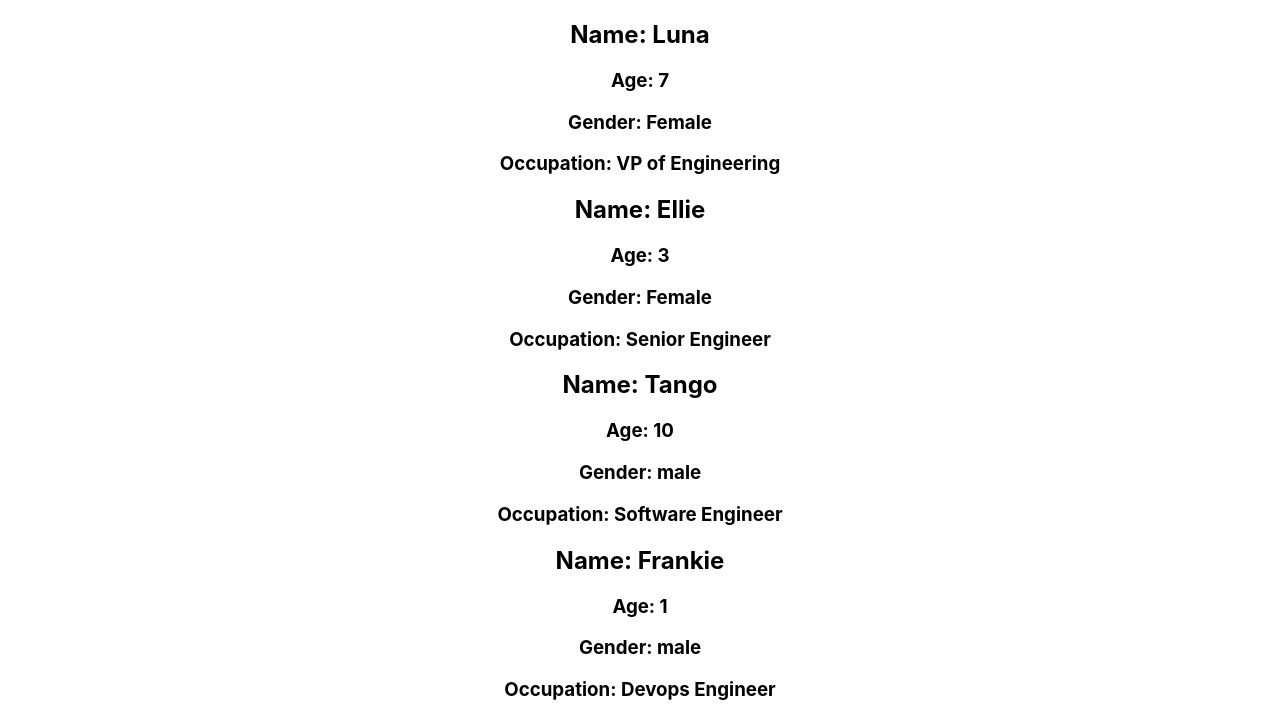
Repository: mahsa199170/React-Props-projects
Page: / (app in profile-app/)
An editor plug-in stored every save of this project. The page is shown before and after the next save, followed by the edit.
The browser window is 1280 px wide. The pictures show the whole page.
The project was rebuilt for these pictures with package versions that can differ from the ones it lists, and the page was loaded fresh each time.

Above is the page before, as saved 2024-11-18 15:29:28.

### profile-app/src/App.js
import './App.css';
import Profile from './components/Profile';
import { people } from './personalInfo';

function App() {
  const personInfo = people.map((p) => {
    return <h1>{p.name}</h1>;
  });

  return (
    <div className="App">
      {people.map((person) => {
        const { id, name, age, gender, occupation } = person;
        return (
          <div key={id}>
            <Profile
              name={name}
              age={age}
              occupation={occupation}
              gender={gender}
            />
          </div>
        );
      })}
    </div>
  );
}

export default App;

### profile-app/src/components/Profile.js
import React from 'react';
import Card from './card/Card';

const Profile = ({ id, name, age, gender, occupation }) => {
  return (
    <Card>
      <div>
        <h2>Name: {name}</h2>
        <h3>Age: {age}</h3>
        <h3>Gender: {gender}</h3>
        <h3>Occupation: {occupation}</h3>
      </div>
    </Card>
  );
};

export default Profile;

### profile-app/src/personalInfo.js
export const people = [
  {
    id: 1,
    name: 'Luna',
    age: 7,
    gender: 'Female',
    occupation: 'VP of Engineering',
  },
  {
    id: 2,
    name: 'Ellie',
    age: 3,
    gender: 'Female',
    occupation: 'Senior Engineer',
  },
  {
    id: 3,
    name: 'Tango',
    age: 10,
    gender: 'male',
    occupation: 'Software Engineer',
  },
  {
    id: 4,
    name: 'Frankie',
    age: 1,
    gender: 'male',
    occupation: 'Devops Engineer',
  },
];

### profile-app/src/components/card/Card.js
import React from 'react';

const Card = ({ children }) => {
  return <div className="card">{children}</div>;
};

export default Card;

Loaded but not shown: profile-app/public/index.html (common file); profile-app/src/index.js (common file); profile-app/src/index.css (common file); profile-app/src/App.css (common file)

After the next save:
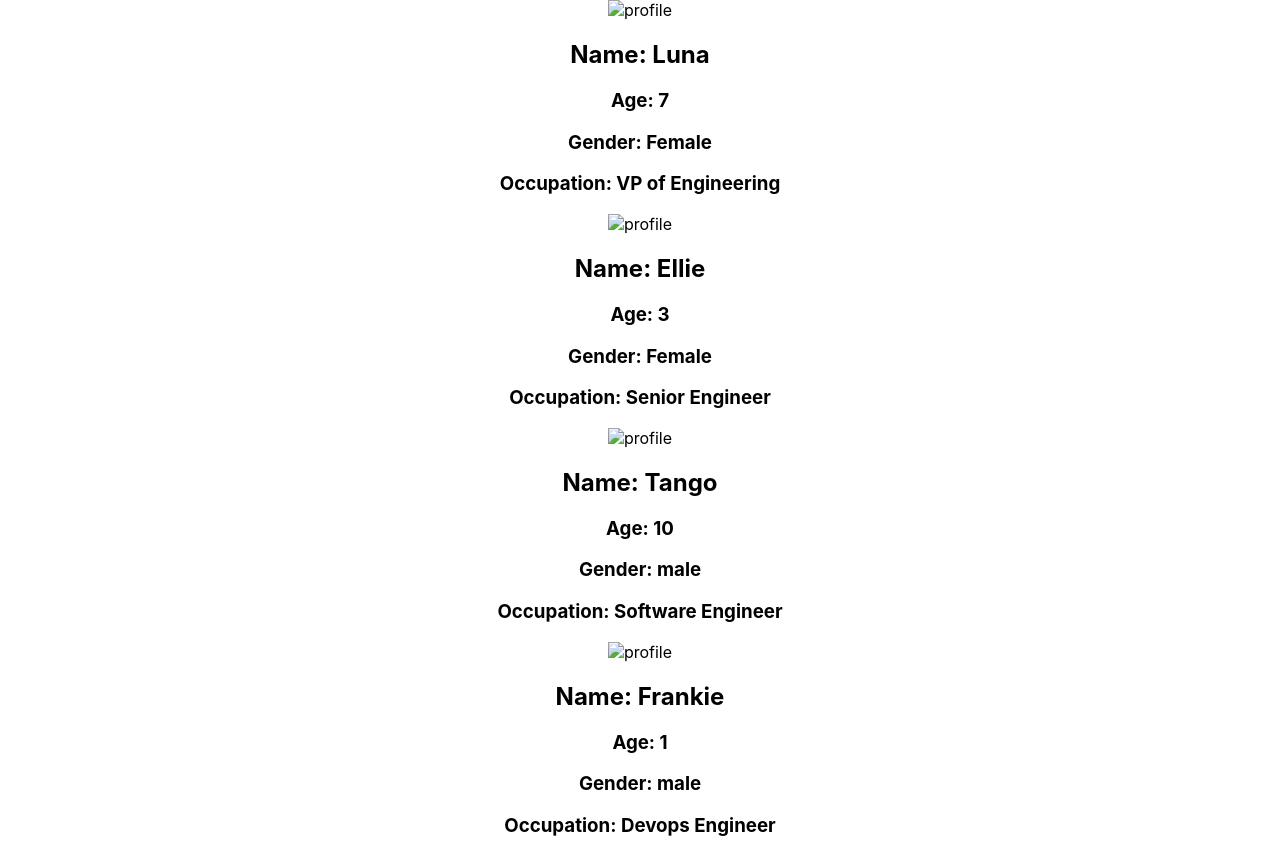
Saved 47 s later.
--- a/profile-app/src/components/Profile.js
+++ b/profile-app/src/components/Profile.js
@@ -4,6 +4,9 @@ import Card from './card/Card';
 const Profile = ({ id, name, age, gender, occupation }) => {
   return (
     <Card>
+      <div className="profile-image">
+        <img src="" alt="profile" />
+      </div>
       <div>
         <h2>Name: {name}</h2>
         <h3>Age: {age}</h3>
